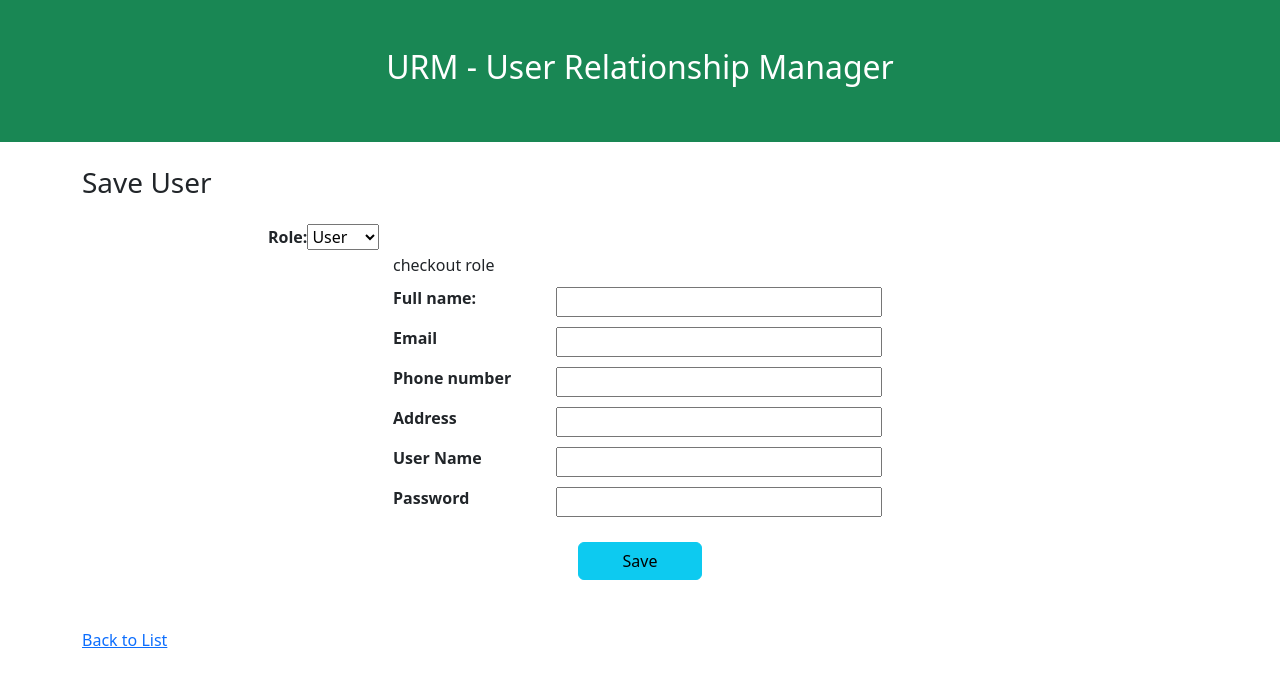
Repository: haitmq97/java-lab
Page: http://localhost/PRJ321x_Project1_haitmqfx22585/WEB-INF/views/add-user-form.jsp
An editor plug-in stored every save of this project. The page is shown before and after the next save, followed by the edit.
The browser window is 1280 px wide. The pictures show the whole page.
The page is served by Tomcat 9. Nobody is signed in. Other server files are loaded and not shown. The template is opened directly, without the code that normally fills it, so the values that code supplies are empty.

Above is the page before, as saved 2024-01-16 17:29:15.

### PRJ321x_Project1_haitmqfx22585/WebContent/WEB-INF/views/add-user-form.jsp
<%@ page language="java" contentType="text/html; charset=UTF-8"
	pageEncoding="UTF-8"%>
<%@ taglib prefix="form" uri="http://www.springframework.org/tags/form"%>
<%@ taglib prefix="c" uri="http://java.sun.com/jsp/jstl/core"%>
<!DOCTYPE html>
<html>
<head>
<meta charset="UTF-8">
<title>Save customer</title>
<meta name="viewport" content="width=device-width, initial-scale=1">

<link
	href="https://cdn.jsdelivr.net/npm/bootstrap@5.3.2/dist/css/bootstrap.min.css"
	rel="stylesheet"
	integrity="sha384-T3c6CoIi6uLrA9TneNEoa7RxnatzjcDSCmG1MXxSR1GAsXEV/Dwwykc2MPK8M2HN"
	crossorigin="anonymous">
</head>
<body>

	<div id="wrapper">
		<div id="header"
			class="py-5 d-flex justify-content-center bg-success text-white">
			<h2>URM - User Relationship Manager</h2>
		</div>
	</div>

	<div id="container"
		class="container d-flex flex-column justify-content-center">
		<h3 class="my-4">Save User</h3>

		<%-- add customer form --%>
		<form:form class=" col-8 mx-auto" action="saveUser2"
			modelAttribute="user" method="POST">
			<form:hidden path="id" />
			<table class="col-8 mx-auto">


				<tbody>
					<tr>
						<td><input hidden name="role" path="role"
							value="${user.role}" /></td>
						<td><input hidden name="roleid" path="role.id"
							value="${user.role.id}" /></td>
						<td><input hidden name="role_name" path="role.roleName"
							value="${user.role.roleName}" /></td>
						<td><input hidden name="created" path="created"
							value="${user.created}" /></td>
					</tr>
					<tr>
						<td>checkout role</td>
						<td><c:out value="${user.role}"></c:out></td>
					</tr>
					<tr>
						<td><label class="fw-bold" for="fullName">Full name:</label></td>
						<td><form:input class="mt-2 col-12" id="fullName"
								path="fullName" /></td>
						<td><form:errors path="fullName" /></td>
					</tr>
					<tr>
						<td><label class="fw-bold" for="email">Email</label></td>
						<td><form:input class=" mt-2 col-12" id="email" path="email" /></td>
						<td><form:errors path="email"/></td>

					</tr>
					<tr>
						<td><label class="fw-bold" for="phoneNumber">Phone
								number</label></td>
						<td><form:input class="mt-2 col-12" id="phoneNumber"
								path="phoneNumber" /></td>
						<td><form:errors path="phoneNumber" /></td>
					</tr>

					<tr>
						<td><label class="fw-bold" for="address">Address</label></td>
						<td><form:input class="mt-2 col-12" id="address"
								path="address" /></td>
					</tr>

					<tr>
						<td><label class="fw-bold" for="userName">User Name</label></td>
						<td> <form:input class="mt-2 col-12" id="userName" path="userName" readonly="readonly" /></td>
						<td><form:errors path="userName" /></td>
					</tr>
					<tr>
						<td><label class="fw-bold" for="password">Password</label></td>
						<td><form:input class="mt-2 col-12" id="password"
								path="password" /></td>
						<td><form:errors path="password" /></td>
					</tr>

				</tbody>


				<label class="fw-bold" for="role_1">Role: </label>

				<select id="role" name="role_1">
					<option value="user"
						${user.role.roleName == 'user' ? 'selected' : ''}>User</option>
					<option value="admin"
						${user.role.roleName == 'admin' ? 'selected' : ''}>Admin</option>
				</select>
			</table>
			<input type="submit" value="Save"
				class="btn btn-info mt-4 col-2 d-block mx-auto" />

		</form:form>
		<p class="mt-5">
			<a href="${pageContext.request.contextPath}/user/list">Back to
				List</a>
		</p>
	</div>
</body>
</html>

After the next save:
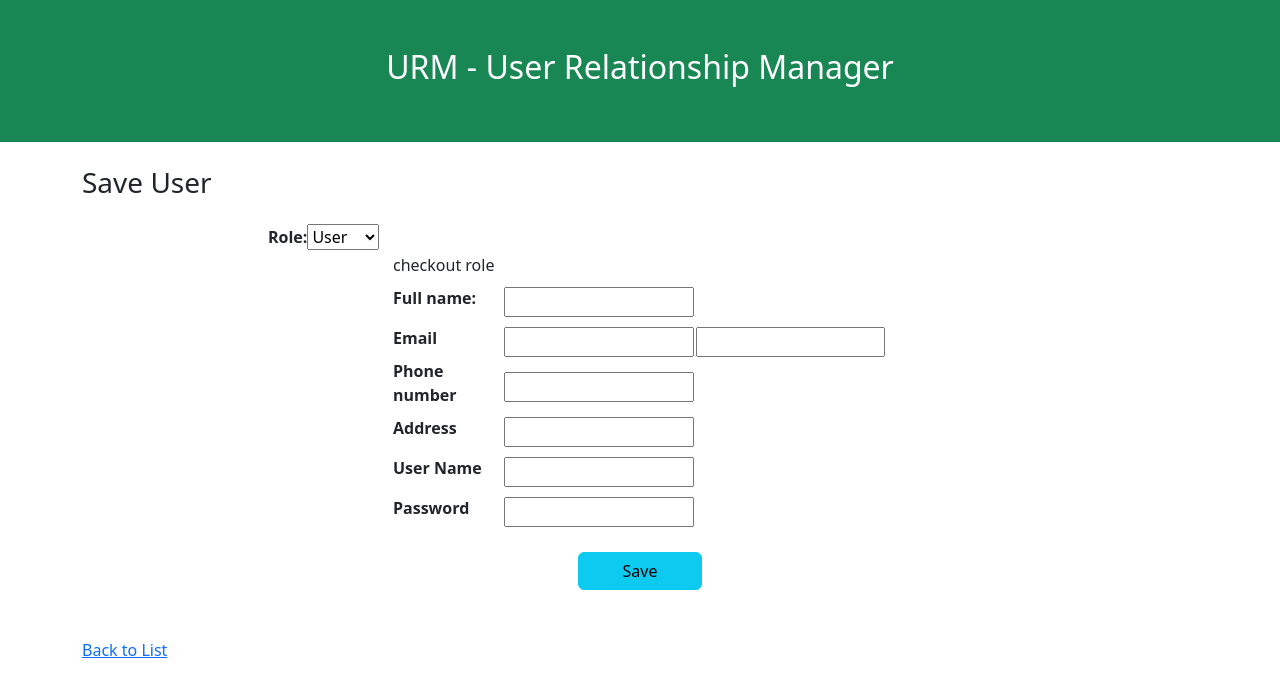
Saved 25 s later.
--- a/PRJ321x_Project1_haitmqfx22585/WebContent/WEB-INF/views/add-user-form.jsp
+++ b/PRJ321x_Project1_haitmqfx22585/WebContent/WEB-INF/views/add-user-form.jsp
@@ -59,6 +59,7 @@
 					<tr>
 						<td><label class="fw-bold" for="email">Email</label></td>
 						<td><form:input class=" mt-2 col-12" id="email" path="email" /></td>
+						<td><form:input class=" mt-2 col-12" id="email" path="email" /></td>
 						<td><form:errors path="email"/></td>
 
 					</tr>
